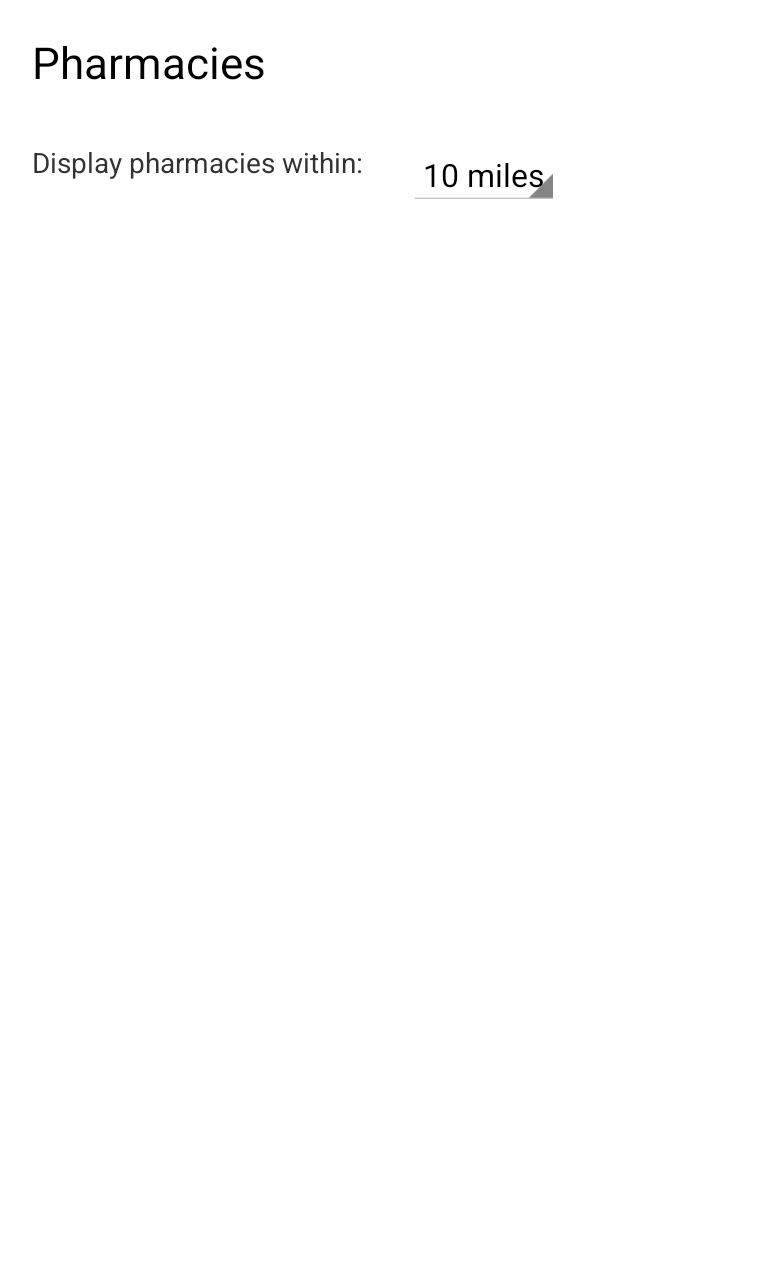
Repository: ranika/pilltracker
Layout: PillTracker/res/layout/fragment_pharmacies.xml
An editor plug-in stored every save of this project. The layout is shown before and after the next save, followed by the edit.
It is drawn on a 768 x 1280 px phone screen (xhdpi) without system bars, with theme AppTheme; the app's code is not run.

Above is the layout before, as saved 2014-04-10 04:45:24.

After the next save:
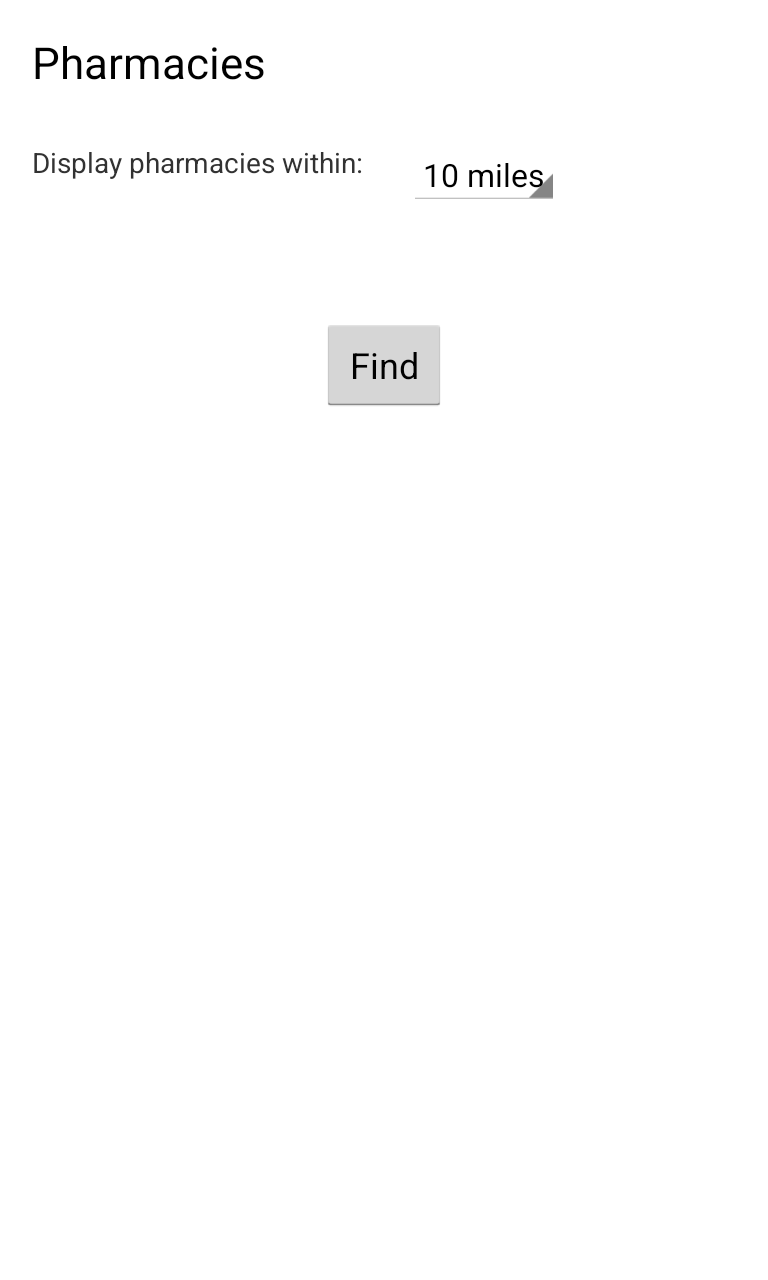
Saved 9 s later.
--- a/PillTracker/res/layout/fragment_pharmacies.xml
+++ b/PillTracker/res/layout/fragment_pharmacies.xml
@@ -35,4 +35,13 @@
         android:entries="@array/miles"
         android:spinnerMode="dropdown" />
 
+    <Button
+        android:id="@+id/button1"
+        android:layout_width="wrap_content"
+        android:layout_height="wrap_content"
+        android:layout_below="@+id/spinner1"
+        android:layout_centerHorizontal="true"
+        android:layout_marginTop="55dp"
+        android:text="@string/find" />
+
 </RelativeLayout>
